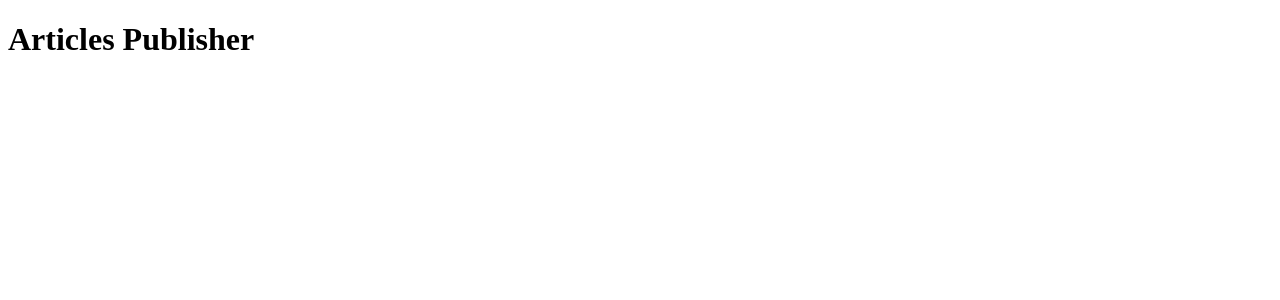
Repository: batmit/publish_articles
Page: /
An editor plug-in stored every save of this project. The page is shown before and after the next save, followed by the edit.
The browser window is 1280 px wide. The pictures show the whole page.
The project was rebuilt for these pictures with package versions that can differ from the ones it lists, and the page was loaded fresh each time. Also part of the build but not shown: src/styles/Home.scss.

Above is the page before, as saved 2021-06-28 21:16:01.

After the next save:
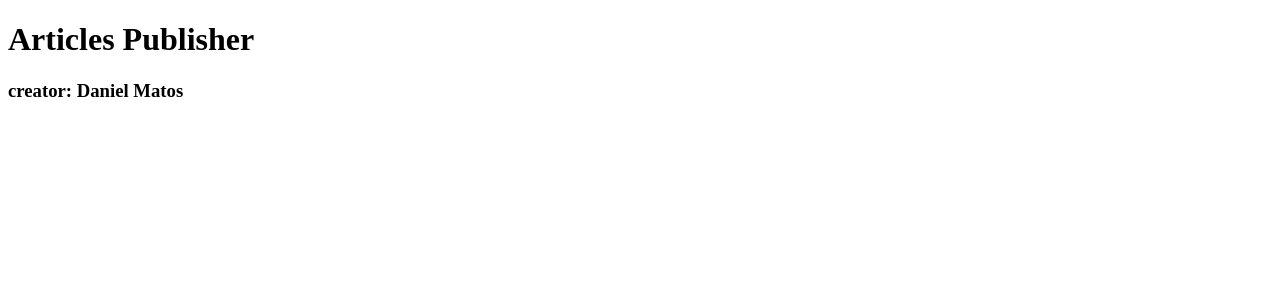
Saved 12 s later.
--- a/src/pages/Home.tsx
+++ b/src/pages/Home.tsx
@@ -4,6 +4,7 @@
     return (
         <header>
             <h1>Articles Publisher</h1>
+            <h3>creator: Daniel Matos</h3>
         </header>
 
     );
